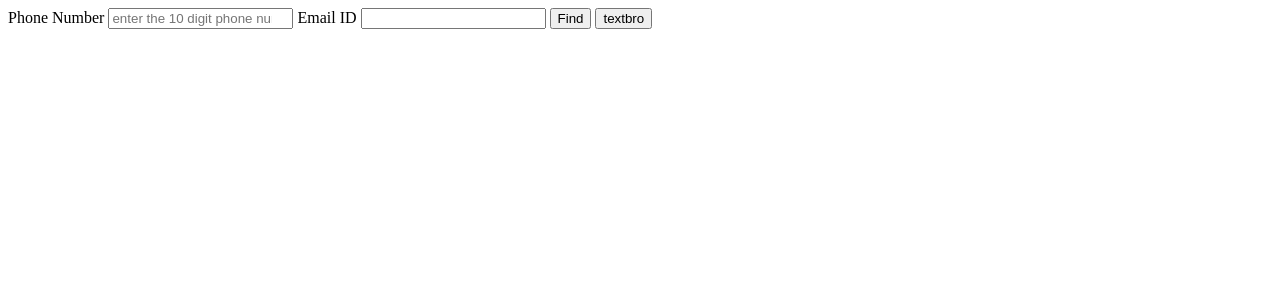
Repository: derekhub/IndiaTrainingProgramProjects
Page: ServletExample/WebContent/DueFinder.html
The author's editor kept a copy of each file at every save. The page is drawn from the files as they stood at one save, then again after the next save.
The browser window is 1280 px wide. The pictures show the whole page.

Above is the page before, as saved 2016-08-23 10:00:41.

After the next save:
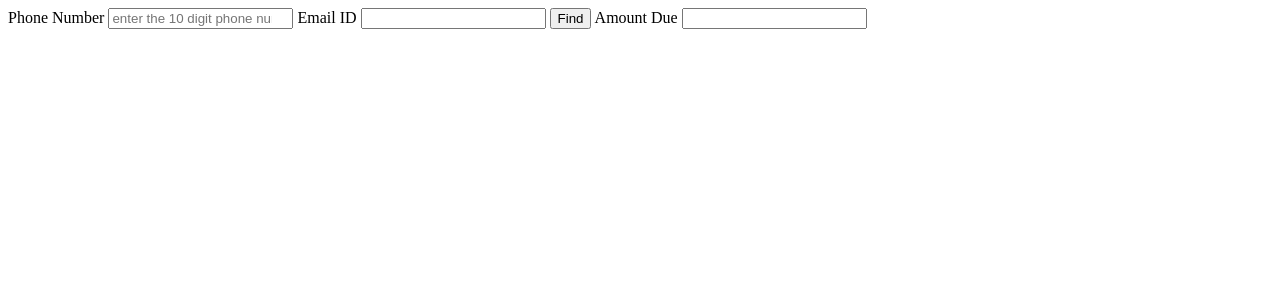
Saved 2 min 49 s later.
--- a/ServletExample/WebContent/DueFinder.html
+++ b/ServletExample/WebContent/DueFinder.html
@@ -3,19 +3,6 @@
 <head>
 <meta charset="ISO-8859-1">
 <title>Calculate Amount Due</title>
-
-<script src="https://ajax.googleapis.com/ajax/libs/jquery/1.12.4/jquery.min.js"></script>
-<script>
-$(document).ready(function(){
-    $("button").click(function(){
-        $.get("demo_test.asp", function(data, status){
-            alert("Data: " + data + "\nStatus: " + status);
-        });
-    });
-});
-</script>
-
-
 </head>
 <body>
 
@@ -39,7 +26,8 @@ $(document).ready(function(){
 
   <input type="submit" value="Find">
 
-<button>textbro</button>
+  <label>Amount Due</label>
+  <input type="text" name="amtDue" id="amtDue" readonly="readonly">
 
 </form>
 
